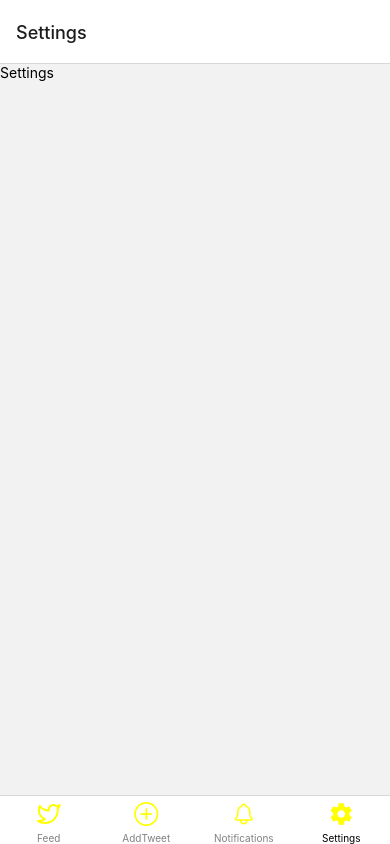
Repository: Deyvid-Kasteh/ReactNativeNavigationTraining
Screen: /Settings
The author's editor kept a copy of each file at every save. The screen is drawn from the files as they stood at one save, then again after the next save.
The app was drawn by React Native's web renderer in a window 390 px wide. The project was rebuilt for these pictures with package versions that can differ from the ones it lists, and the page was loaded fresh each time. Also part of the build but not shown: screens/BottomTab/Notifications.js, screens/BottomTab/AddTweet.js.

Above is the screen before, as saved 2023-08-03 15:46:04.

### App.js
import "react-native-gesture-handler";
import { StatusBar } from "expo-status-bar";
import { StyleSheet, Text, View } from "react-native";
import NavigationMain from "./NavigationMain";

export default function App() {
  return (

      <NavigationMain />

  );
}

const styles = StyleSheet.create({
  container: {
    flex: 1,
    backgroundColor: "#fff",
    alignItems: "center",
    justifyContent: "center",
  },
});

### NavigationMain.js
import { NavigationContainer } from "@react-navigation/native";
import Feed from "./screens/BottomTab/Feed";
import { StyleSheet, Text, View } from "react-native";
import { createBottomTabNavigator } from "@react-navigation/bottom-tabs";
import Notifications from "./screens/BottomTab/Notifications";
import AddTweet from "./screens/BottomTab/AddTweet";
import Settings from "./screens/BottomTab/Settings";
import { Ionicons } from "@expo/vector-icons";
import { Feather } from "@expo/vector-icons";
import { AntDesign } from "@expo/vector-icons";

// Bottom Tab

const Tab = createBottomTabNavigator();
function TabGroup() {
  return (
    <Tab.Navigator
      screenOptions={() => ({
        tabBarActiveTintColor: "black",
        tabBarInactiveTintColor: "gray",
        tabBarShowLabel: true,
        tabBarIconStyle: { color: "yellow" },
      })}
    >
      <Tab.Screen
        name="Feed"
        component={Feed}
        options={{
          tabBarIcon: ({ focused }) => {
            if (focused) {
              return <Ionicons name="logo-twitter" size={24} />;
            }
            return <Feather name="twitter" size={24} />;
          },
        }}
      />

      <Tab.Screen
        name="AddTweet"
        component={AddTweet}
        options={{
          tabBarIcon: ({ focused }) => {
            if (focused) {
              return <AntDesign name="pluscircle" size={24} />;
            }
            return <AntDesign name="pluscircleo" size={24} />;
          },
        }}
      />
      <Tab.Screen
        name="Notifications"
        component={Notifications}
        options={{
          tabBarIcon: ({ focused }) => {
            if (focused) {
              return <Ionicons name="notifications-sharp" size={24} />;
            }
            return <Ionicons name="notifications-outline" size={24} />;
          },
        }}
      />
      <Tab.Screen
        name="Settings"
        component={Settings}
        options={{
          tabBarIcon: ({ focused }) => {
            if (focused) {
              return <Ionicons name="settings-sharp" size={24} />;
            }
            return <Ionicons name="settings-outline" size={24} />;
          },
        }}
      />
    </Tab.Navigator>
  );
}

export default function NavigationMain() {
  return (
    <NavigationContainer>
      <TabGroup />
    </NavigationContainer>
  );
}

### screens/BottomTab/Feed.js
import { SafeAreaView, StyleSheet, Text, View } from "react-native";

export default function Feed() {
    return (
      <View style={styles.container}>
        <Text>Feed</Text>
      </View>
    );
}

const styles = StyleSheet.create({
  container: {
    flex: 1,
    backgroundColor: "#0099ff",
    justifyContent: "center",
    alignItems: "center",
  },
});

### screens/BottomTab/Settings.js
import { StyleSheet, Text, View } from 'react-native'
import React from 'react'

const Settings = () => {
  return (
    <View>
      <Text>Settings</Text>
    </View>
  )
}

export default Settings

const styles = StyleSheet.create({
  container: {
    flex: 1,
    backgroundColor: "#8400ff",
    justifyContent: "center",
    alignItems: "center",
  },
});

After the next save:
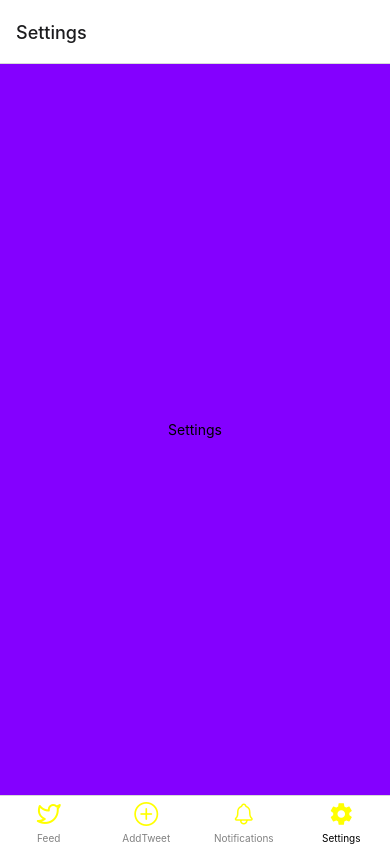
Saved 13 s later.
--- a/screens/BottomTab/Settings.js
+++ b/screens/BottomTab/Settings.js
@@ -3,10 +3,10 @@
 
 const Settings = () => {
   return (
-    <View>
+    <View style={styles.container}>
       <Text>Settings</Text>
     </View>
-  )
+  );
 }
 
 export default Settings
